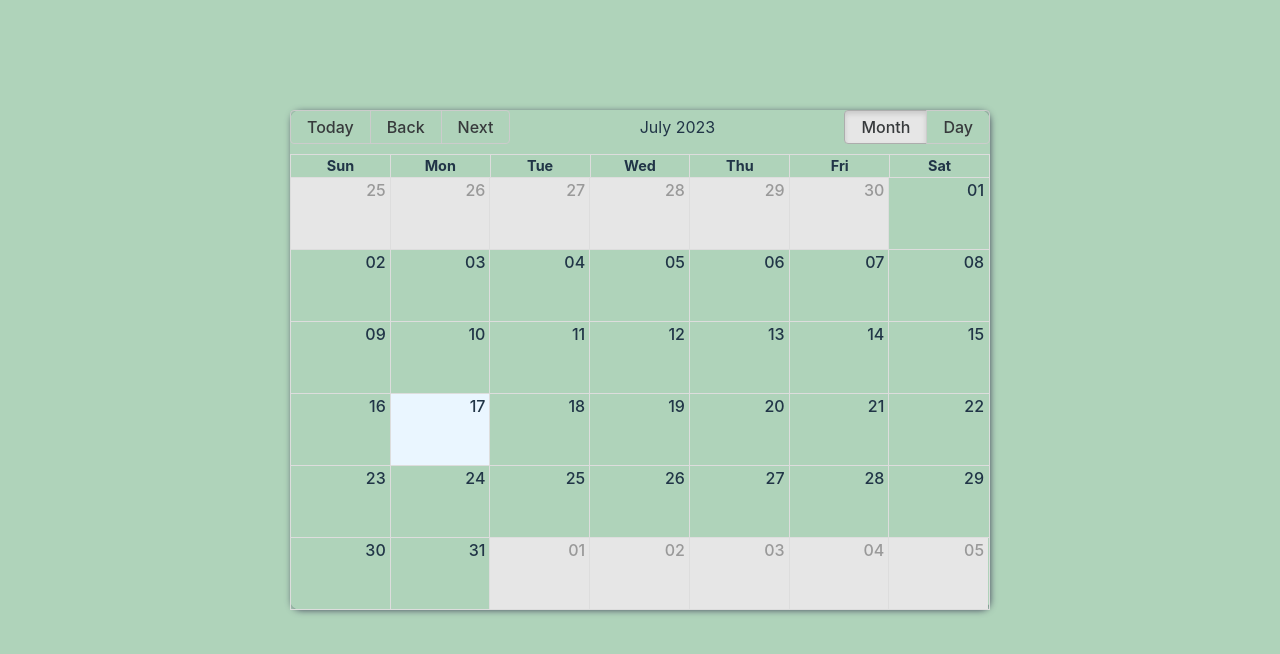
Repository: TetianaMishatkina/Calories-diary
Page: /
The author's editor kept a copy of each file at every save. The page is drawn from the files as they stood at one save, then again after the next save.
The browser window is 1280 px wide. The pictures show the whole page.
The project was rebuilt for these pictures with package versions that can differ from the ones it lists, and the page was loaded fresh each time. Also part of the build but not shown: vite.config.js, src/components/informationForm/styled.js, src/components/informationForm/index.jsx.

Above is the page before, as saved 2023-07-18 16:59:30.

After the next save:
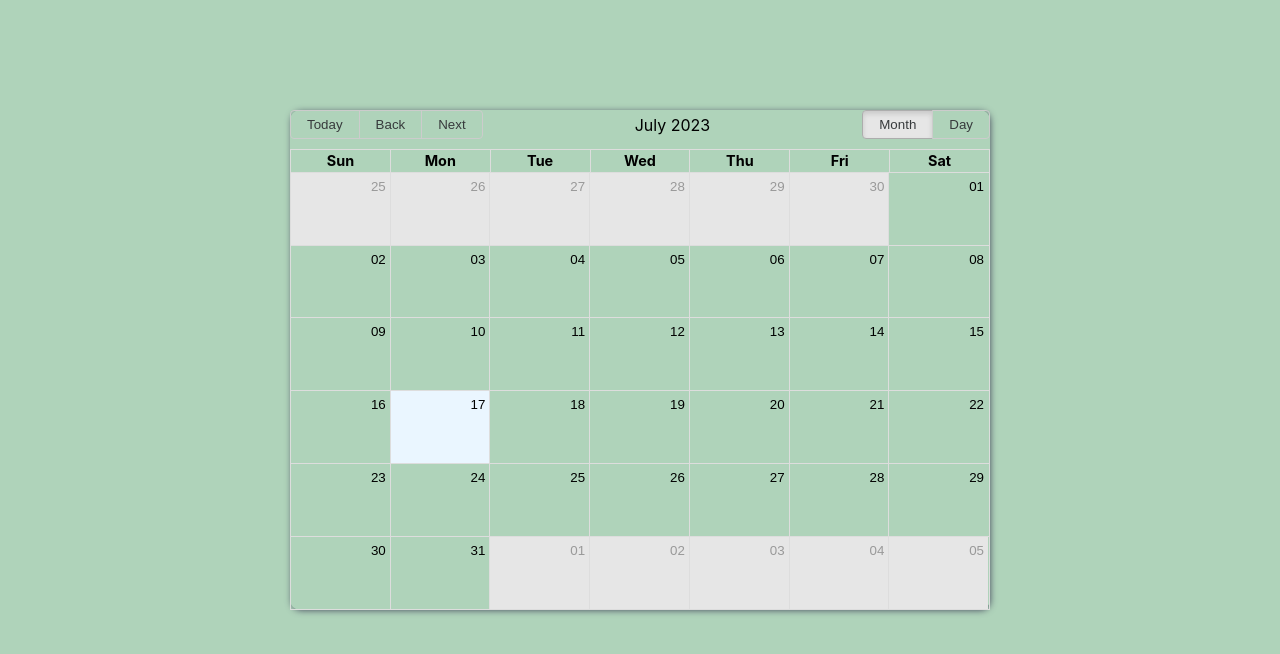
Saved 44 s later.
--- a/src/index.css
+++ b/src/index.css
@@ -36,39 +36,3 @@ h1 {
   font-size: 3.2em;
   line-height: 1.1;
 }
-
-button {
-  border-radius: 8px;
-  border: 1px solid transparent;
-  padding: 0.6em 1.2em;
-  font-size: 1em;
-  font-weight: 500;
-  font-family: inherit;
-  background-color: #1a1a1a;
-  cursor: pointer;
-  transition: border-color 0.25s;
-}
-
-button:hover {
-  border-color: #646cff;
-}
-
-button:focus,
-button:focus-visible {
-  outline: 4px auto -webkit-focus-ring-color;
-}
-
-@media (prefers-color-scheme: light) {
-  :root {
-    color: #213547;
-    background-color: #ffffff;
-  }
-
-  a:hover {
-    color: #747bff;
-  }
-
-  button {
-    background-color: #f9f9f9;
-  }
-}
